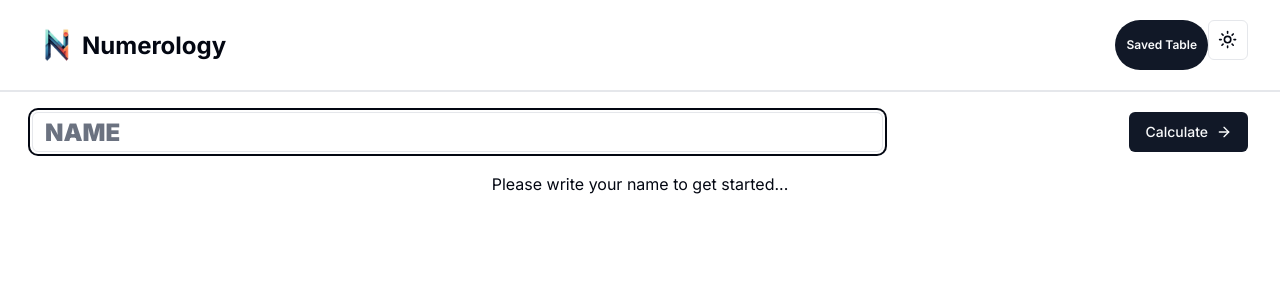
Repository: RaghunadhSahitDruvam/mynumerology
Page: /
An editor plug-in stored every save of this project. The page is shown before and after the next save, followed by the edit.
The browser window is 1280 px wide. The pictures show the whole page.
The project was rebuilt for these pictures with package versions that can differ from the ones it lists, and the page was loaded fresh each time. The framework's server and built-in components were replaced by stand-ins that run in the browser. Also part of the build but not shown: next.config.js, components/ui/alert-dialog.tsx.

Above is the page before, as saved 2023-12-21 08:02:26.

### app/layout.tsx
import type { Metadata } from "next";
import { Inter } from "next/font/google";
import "./globals.css";
import { ThemeProvider } from "@/components/theme-provider";

const inter = Inter({ subsets: ["latin"] });

export const metadata: Metadata = {
  title: "Numerology",
  description: "Officially designed by ⭐ Raghunadh ⭐",
};

export default function RootLayout({
  children,
}: {
  children: React.ReactNode;
}) {
  return (
    <html lang="en">
      <body className={inter.className}>
        {" "}
        <ThemeProvider
          attribute="class"
          defaultTheme="system"
          enableSystem
          disableTransitionOnChange
        >
          {children}
          {/* <Toaster /> */}
        </ThemeProvider>
      </body>
    </html>
  );
}

### app/page.tsx
// @ts-nocheck
"use client";
import React, { useEffect, useRef, useState } from "react";
import { Input } from "@/components/ui/input";
import { ToastContainer, toast } from "react-toastify";
import "react-toastify/dist/ReactToastify.css";

import { Button } from "@/components/ui/button";
import { ArrowRight } from "lucide-react";
import axios from "axios";
import Header from "@/components/header";
import { useRouter, useSearchParams } from "next/navigation";
import Link from "next/link";
import {
  AlertDialog,
  AlertDialogAction,
  AlertDialogCancel,
  AlertDialogContent,
  AlertDialogDescription,
  AlertDialogFooter,
  AlertDialogHeader,
  AlertDialogTitle,
  AlertDialogTrigger,
} from "@/components/ui/alert-dialog";

interface DataSource {
  name_g2_block?: string;
  name_g3_block?: string;
  g2tot?: number;
  g2vtot?: number;
  g2nettot?: number;
  g3tot?: number;
  g3vtot?: number;
  g3nettot?: number;
  tot_letters?: number;
}

const Page: React.FC = () => {
  let [textName, setTextName] = useState<string>("");
  const [dataSource, setDataSource] = useState<DataSource | null>(null);
  const [loading, setLoading] = useState<boolean>(false);
  const searchParams = useSearchParams();
  let search = searchParams.get("name");
  const router = useRouter();
  const saveHandler = async (dataSource: DataSource) => {
    setLoading(true);
    await axios
      .post("/api/save", {
        chaldean: dataSource.name_g2_block,
        pythogorous: dataSource.name_g3_block,
        tot_letters: dataSource.tot_letters,
        g2tot: dataSource.g2tot,
        g3tot: dataSource.g3tot,
        g2vtot: dataSource.g2vtot,
        g3vtot: dataSource.g3vtot,
        g2nettot: dataSource.g2nettot,
        g3nettot: dataSource.g3nettot,
      })
      .then((res) => {
        setLoading(false);
        toast.success("Name successfully added to Database ⭐!");
      })
      .catch((err) => toast.error(err));
  };

  useEffect(() => {
    // Set initial value only if it's different from the current state
    if (search !== null && search !== textName) {
      setTextName(search);
    }
  }, [search, textName]);

  const inputFocusRef = useRef(null);
  const buttonRef = useRef(null);
  useEffect(() => {
    inputFocusRef.current.focus();
    if (search !== null) {
      if (buttonRef.current) {
        buttonRef.current.click();
      }
    }
  }, []);
  const submitHandler = (e: React.FormEvent<HTMLFormElement>) => {
    e.preventDefault();
    axios
      .get(`https://phinzi.com/convert?name=${textName}`)
      .then((res) => setDataSource(res.data));
  };

  const updateURL = (newTextName: string) => {
    // Update the URL without a page reload
    router.push(
      `?name=${encodeURIComponent(
        newTextName
          .replaceAll(".", "")
          .replaceAll(",", "")
          .replaceAll("-", " ")
          .replaceAll(";", "")
          .replaceAll("(", "")
          .replaceAll(")", "")
          .replaceAll("  ", " ")
      )}`
    );
  };

  return loading ? (
    <div className="flex items-center justify-center h-screen bg-gray-100">
      <div className="animate-spin h-12 w-12 border-t-2 border-b-2 border-gray-900 rounded-full" />
    </div>
  ) : (
    <div className="">
      <Header />

      <div>
        <form
          className="container gap flex justify-between"
          onSubmit={(e) => submitHandler(e)}
        >
          <Input
            type="text"
            placeholder="Name"
            className="w-[70%]"
            value={textName}
            ref={inputFocusRef}
            onChange={(e) => {
              const newValue = e.target.value;
              setTextName(newValue);
              updateURL(newValue); // Update the URL when input changes
            }}
          />

          <Button type="submit" ref={buttonRef}>
            Calculate <ArrowRight className="ml-2 h-4 w-4" />
          </Button>
        </form>
      </div>
      {dataSource ? (
        <>
          <div className="container mt-[30px] flex items-start justify-start">
            <table
              border={2}
              className="border-4dark:border-white border-yellow-600"
            >
              <thead className="border-4 dark:border-white border-yellow-600 p-[20px]">
                <tr className="border-4 dark:border-white border-yellow-600">
                  <th className="border-4 dark:border-white border-yellow-600 bg-green-600 text-white  text-2xl font-[900]">
                    Grp.
                  </th>
                  <th className="border-4 dark:border-white border-yellow-600 bg-green-600 text-white  text-2xl font-[900]">
                    Name
                  </th>
                  <th className="border-4 dark:border-white border-yellow-600 bg-green-600 text-white  text-2xl font-[900]">
                    Total
                  </th>
                  <th className="border-4  dark:border-white border-yellow-600 bg-green-600 text-white  text-2xl font-[900]">
                    V
                  </th>
                  <th className="border-4px-[10px]  dark:border-white border-yellow-600 bg-green-600 text-white  text-2xl font-[900] text-2xl">
                    C
                  </th>
                </tr>
              </thead>
              <tbody className="border-4 dark:border-white border-yellow-600 text-[#960084] font-[900]">
                <tr className="border-4 dark:border-white border-yellow-600">
                  <td className="border-4 dark:border-white border-yellow-600 bg-green-600 text-white  text-2xl ">
                    C
                  </td>
                  <td className=" border-4 dark:border-white border-yellow-600 ">
                    <table
                      className=" table-padding text-2xl"
                      dangerouslySetInnerHTML={{
                        __html:
                          typeof dataSource !== "undefined" &&
                          dataSource?.name_g2_block,
                      }}
                    ></table>
                  </td>

                  <td className="border-4 dark:border-white border-yellow-600 text-2xl bg-green-600 text-white ">
                    {dataSource?.g2tot}
                  </td>
                  <td className="border-4 dark:border-white border-yellow-600 text-2xl bg-green-600 text-white ">
                    {" "}
                    {dataSource?.g2vtot}
                  </td>
                  <td className="border-4 dark:border-white border-yellow-600 text-2xl bg-green-600 text-white ">
                    {" "}
                    {dataSource?.g2nettot}
                  </td>
                </tr>
                <tr className="border-4 dark:border-white border-yellow-600">
                  <td className="border-4 dark:border-white border-yellow-600 bg-green-600 text-white  text-2xl ">
                    P
                  </td>
                  <td className=" border-4 dark:border-white border-yellow-600">
                    <table
                      className=" table-padding text-2xl"
                      dangerouslySetInnerHTML={{
                        __html:
                          typeof dataSource !== "undefined" &&
                          dataSource?.name_g3_block,
                      }}
                    ></table>
                  </td>

                  <td className="border-4 dark:border-white border-yellow-600 text-2xl bg-green-600 text-white ">
                    {dataSource?.g3tot}
                  </td>
                  <td className="border-4 dark:border-white border-yellow-600 text-2xl bg-green-600 text-white ">
                    {" "}
                    {dataSource?.g3vtot}
                  </td>
                  <td className="border-4 dark:border-white border-yellow-600 text-2xl bg-green-600 text-white ">
                    {" "}
                    {dataSource?.g3nettot}
                  </td>
                </tr>
              </tbody>
            </table>
          </div>
          <div className="container flex  items-start mt-[10px] justify-between">
            {" "}
            <span className="text-green-600  text-2xl font-[900]">
              Total Letters - {dataSource?.tot_letters}
            </span>
            <div className="">
              {/* <Button variant={"default"} className="mr-[10px]"> */}
              <AlertDialog>
                <AlertDialogTrigger>
                  <Button variant={"default"} className="mr-[10px]">
                    Save
                  </Button>
                </AlertDialogTrigger>
                <AlertDialogContent>
                  <AlertDialogHeader>
                    <AlertDialogTitle>
                      Are you absolutely sure?
                    </AlertDialogTitle>
                    <AlertDialogDescription>
                      Do you want to save this name -{" "}
                      <b>{textName.toUpperCase()}</b> ?
                    </AlertDialogDescription>
                  </AlertDialogHeader>
                  <AlertDialogFooter>
                    <AlertDialogCancel>Cancel</AlertDialogCancel>
                    <AlertDialogAction onClick={() => saveHandler(dataSource)}>
                      Continue
                    </AlertDialogAction>
                  </AlertDialogFooter>
                </AlertDialogContent>
              </AlertDialog>
              {/* </Button> */}
              <Link href={"/"}>
                <Button
                  variant={"destructive"}
                  onClick={() => {
                    setTextName(null);
                    setDataSource(null);
                  }}
                >
                  Cancel
                </Button>
              </Link>
            </div>
          </div>
        </>
      ) : (
        <>
          <div className="container flex justify-center align-middle">
            <h1>Please write your name to get started...</h1>
          </div>
        </>
      )}
      <ToastContainer
        position="top-right"
        autoClose={5000}
        hideProgressBar={false}
        newestOnTop={false}
        closeOnClick
        rtl={false}
        pauseOnFocusLoss
        draggable
        pauseOnHover
        theme="colored"
      />
    </div>
  );
};

export default Page;

### app/globals.css
@tailwind base;
@tailwind components;
@tailwind utilities;

@layer base {
  :root {
    --background: 0 0% 100%;
    --foreground: 224 71.4% 4.1%;

    --card: 0 0% 100%;
    --card-foreground: 224 71.4% 4.1%;

    --popover: 0 0% 100%;
    --popover-foreground: 224 71.4% 4.1%;

    --primary: 220.9 39.3% 11%;
    --primary-foreground: 210 20% 98%;

    --secondary: 220 14.3% 95.9%;
    --secondary-foreground: 220.9 39.3% 11%;

    --muted: 220 14.3% 95.9%;
    --muted-foreground: 220 8.9% 46.1%;

    --accent: 220 14.3% 95.9%;
    --accent-foreground: 220.9 39.3% 11%;

    --destructive: 0 84.2% 60.2%;
    --destructive-foreground: 210 20% 98%;

    --border: 220 13% 91%;
    --input: 220 13% 91%;
    --ring: 224 71.4% 4.1%;

    --radius: 0.5rem;
  }

  .dark {
    --background: 224 71.4% 4.1%;
    --foreground: 210 20% 98%;

    --card: 224 71.4% 4.1%;
    --card-foreground: 210 20% 98%;

    --popover: 224 71.4% 4.1%;
    --popover-foreground: 210 20% 98%;

    --primary: 210 20% 98%;
    --primary-foreground: 220.9 39.3% 11%;

    --secondary: 215 27.9% 16.9%;
    --secondary-foreground: 210 20% 98%;

    --muted: 215 27.9% 16.9%;
    --muted-foreground: 217.9 10.6% 64.9%;

    --accent: 215 27.9% 16.9%;
    --accent-foreground: 210 20% 98%;

    --destructive: 0 62.8% 30.6%;
    --destructive-foreground: 210 20% 98%;

    --border: 215 27.9% 16.9%;
    --input: 215 27.9% 16.9%;
    --ring: 216 12.2% 83.9%;
  }
}

@layer base {
  * {
    @apply border-border;
  }
  body {
    @apply bg-background text-foreground;
  }
  .container {
    @apply mx-[50px];
  }
  .mainHeading {
    @apply text-2xl font-bold;
  }
  .gap {
    @apply my-[20px];
  }
  .table-padding tbody > tr > td {
    @apply px-[15px];
  }
}

### components/ui/input.tsx
import * as React from "react";

import { cn } from "@/lib/utils";

export interface InputProps
  extends React.InputHTMLAttributes<HTMLInputElement> {}

const Input = React.forwardRef<HTMLInputElement, InputProps>(
  ({ className, type, ...props }, ref) => {
    return (
      <input
        type={type}
        className={cn(
          "flex h-10 w-full rounded-md border border-pink-600 border-input uppercase text-2xl bg-background text-blue-600 font-[1000] px-3 py-2  ring-offset-background file:border-0 file:bg-transparent file:text-sm file:font-medium placeholder:text-muted-foreground focus-visible:outline-none focus-visible:ring-2 focus-visible:ring-ring focus-visible:ring-offset-2 foc disabled:cursor-not-allowed disabled:opacity-50",
          className
        )}
        ref={ref}
        {...props}
      />
    );
  }
);
Input.displayName = "Input";

export { Input };

### components/ui/button.tsx
import * as React from "react"
import { Slot } from "@radix-ui/react-slot"
import { cva, type VariantProps } from "class-variance-authority"

import { cn } from "@/lib/utils"

const buttonVariants = cva(
  "inline-flex items-center justify-center rounded-md text-sm font-medium ring-offset-background transition-colors focus-visible:outline-none focus-visible:ring-2 focus-visible:ring-ring focus-visible:ring-offset-2 disabled:pointer-events-none disabled:opacity-50",
  {
    variants: {
      variant: {
        default: "bg-primary text-primary-foreground hover:bg-primary/90",
        destructive:
          "bg-destructive text-destructive-foreground hover:bg-destructive/90",
        outline:
          "border border-input bg-background hover:bg-accent hover:text-accent-foreground",
        secondary:
          "bg-secondary text-secondary-foreground hover:bg-secondary/80",
        ghost: "hover:bg-accent hover:text-accent-foreground",
        link: "text-primary underline-offset-4 hover:underline",
      },
      size: {
        default: "h-10 px-4 py-2",
        sm: "h-9 rounded-md px-3",
        lg: "h-11 rounded-md px-8",
        icon: "h-10 w-10",
      },
    },
    defaultVariants: {
      variant: "default",
      size: "default",
    },
  }
)

export interface ButtonProps
  extends React.ButtonHTMLAttributes<HTMLButtonElement>,
    VariantProps<typeof buttonVariants> {
  asChild?: boolean
}

const Button = React.forwardRef<HTMLButtonElement, ButtonProps>(
  ({ className, variant, size, asChild = false, ...props }, ref) => {
    const Comp = asChild ? Slot : "button"
    return (
      <Comp
        className={cn(buttonVariants({ variant, size, className }))}
        ref={ref}
        {...props}
      />
    )
  }
)
Button.displayName = "Button"

export { Button, buttonVariants }

### components/header.tsx
import React from "react";
import { ModeToggle } from "./mode";
import Link from "next/link";
import Image from "next/image";
import { Badge } from "@/components/ui/badge";

const Header = () => {
  return (
    <div className={``}>
      <div className="flex my-[20px] mainHeading justify-between  container ">
        <Link href={"/"} className="flex align-middle text-center ">
          <Image src={"/images/logo.png"} alt="logo" height={50} width={50} />
          <span className="mt-[10px]">Numerology</span>
        </Link>
        <div className="flex">
          <Badge variant="default">Saved Table</Badge>

          <ModeToggle />
        </div>
      </div>
      <div className="border-b-2"></div>
    </div>
  );
};

export default Header;

### components/mode.tsx
"use client";

import * as React from "react";
import { Moon, Sun } from "lucide-react";
import { useTheme } from "next-themes";

import { Button } from "@/components/ui/button";
import {
  DropdownMenu,
  DropdownMenuContent,
  DropdownMenuItem,
  DropdownMenuTrigger,
} from "@/components/ui/dropdown-menu";

export function ModeToggle() {
  const { setTheme } = useTheme();

  return (
    <DropdownMenu>
      <DropdownMenuTrigger asChild>
        <Button variant="outline" size="icon">
          <Sun className="h-[1.2rem] w-[1.2rem] rotate-0 scale-100 transition-all dark:-rotate-90 dark:scale-0" />
          <Moon className="absolute h-[1.2rem] w-[1.2rem] rotate-90 scale-0 transition-all dark:rotate-0 dark:scale-100" />
          <span className="sr-only">Toggle theme</span>
        </Button>
      </DropdownMenuTrigger>
      <DropdownMenuContent align="end">
        <DropdownMenuItem onClick={() => setTheme("light")}>
          Light
        </DropdownMenuItem>
        <DropdownMenuItem onClick={() => setTheme("dark")}>
          Dark
        </DropdownMenuItem>
        <DropdownMenuItem onClick={() => setTheme("system")}>
          System
        </DropdownMenuItem>
      </DropdownMenuContent>
    </DropdownMenu>
  );
}

### components/ui/badge.tsx
import * as React from "react"
import { cva, type VariantProps } from "class-variance-authority"

import { cn } from "@/lib/utils"

const badgeVariants = cva(
  "inline-flex items-center rounded-full border px-2.5 py-0.5 text-xs font-semibold transition-colors focus:outline-none focus:ring-2 focus:ring-ring focus:ring-offset-2",
  {
    variants: {
      variant: {
        default:
          "border-transparent bg-primary text-primary-foreground hover:bg-primary/80",
        secondary:
          "border-transparent bg-secondary text-secondary-foreground hover:bg-secondary/80",
        destructive:
          "border-transparent bg-destructive text-destructive-foreground hover:bg-destructive/80",
        outline: "text-foreground",
      },
    },
    defaultVariants: {
      variant: "default",
    },
  }
)

export interface BadgeProps
  extends React.HTMLAttributes<HTMLDivElement>,
    VariantProps<typeof badgeVariants> {}

function Badge({ className, variant, ...props }: BadgeProps) {
  return (
    <div className={cn(badgeVariants({ variant }), className)} {...props} />
  )
}

export { Badge, badgeVariants }

### components/ui/dropdown-menu.tsx
import * as React from "react"
import * as DropdownMenuPrimitive from "@radix-ui/react-dropdown-menu"
import { Check, ChevronRight, Circle } from "lucide-react"

import { cn } from "@/lib/utils"

const DropdownMenu = DropdownMenuPrimitive.Root

const DropdownMenuTrigger = DropdownMenuPrimitive.Trigger

const DropdownMenuGroup = DropdownMenuPrimitive.Group

const DropdownMenuPortal = DropdownMenuPrimitive.Portal

const DropdownMenuSub = DropdownMenuPrimitive.Sub

const DropdownMenuRadioGroup = DropdownMenuPrimitive.RadioGroup

const DropdownMenuSubTrigger = React.forwardRef<
  React.ElementRef<typeof DropdownMenuPrimitive.SubTrigger>,
  React.ComponentPropsWithoutRef<typeof DropdownMenuPrimitive.SubTrigger> & {
    inset?: boolean
  }
>(({ className, inset, children, ...props }, ref) => (
  <DropdownMenuPrimitive.SubTrigger
    ref={ref}
    className={cn(
      "flex cursor-default select-none items-center rounded-sm px-2 py-1.5 text-sm outline-none focus:bg-accent data-[state=open]:bg-accent",
      inset && "pl-8",
      className
    )}
    {...props}
  >
    {children}
    <ChevronRight className="ml-auto h-4 w-4" />
  </DropdownMenuPrimitive.SubTrigger>
))
DropdownMenuSubTrigger.displayName =
  DropdownMenuPrimitive.SubTrigger.displayName

const DropdownMenuSubContent = React.forwardRef<
  React.ElementRef<typeof DropdownMenuPrimitive.SubContent>,
  React.ComponentPropsWithoutRef<typeof DropdownMenuPrimitive.SubContent>
>(({ className, ...props }, ref) => (
  <DropdownMenuPrimitive.SubContent
    ref={ref}
    className={cn(
      "z-50 min-w-[8rem] overflow-hidden rounded-md border bg-popover p-1 text-popover-foreground shadow-lg data-[state=open]:animate-in data-[state=closed]:animate-out data-[state=closed]:fade-out-0 data-[state=open]:fade-in-0 data-[state=closed]:zoom-out-95 data-[state=open]:zoom-in-95 data-[side=bottom]:slide-in-from-top-2 data-[side=left]:slide-in-from-right-2 data-[side=right]:slide-in-from-left-2 data-[side=top]:slide-in-from-bottom-2",
      className
    )}
    {...props}
  />
))
DropdownMenuSubContent.displayName =
  DropdownMenuPrimitive.SubContent.displayName

const DropdownMenuContent = React.forwardRef<
  React.ElementRef<typeof DropdownMenuPrimitive.Content>,
  React.ComponentPropsWithoutRef<typeof DropdownMenuPrimitive.Content>
>(({ className, sideOffset = 4, ...props }, ref) => (
  <DropdownMenuPrimitive.Portal>
    <DropdownMenuPrimitive.Content
      ref={ref}
      sideOffset={sideOffset}
      className={cn(
        "z-50 min-w-[8rem] overflow-hidden rounded-md border bg-popover p-1 text-popover-foreground shadow-md data-[state=open]:animate-in data-[state=closed]:animate-out data-[state=closed]:fade-out-0 data-[state=open]:fade-in-0 data-[state=closed]:zoom-out-95 data-[state=open]:zoom-in-95 data-[side=bottom]:slide-in-from-top-2 data-[side=left]:slide-in-from-right-2 data-[side=right]:slide-in-from-left-2 data-[side=top]:slide-in-from-bottom-2",
        className
      )}
      {...props}
    />
  </DropdownMenuPrimitive.Portal>
))
DropdownMenuContent.displayName = DropdownMenuPrimitive.Content.displayName

const DropdownMenuItem = React.forwardRef<
  React.ElementRef<typeof DropdownMenuPrimitive.Item>,
  React.ComponentPropsWithoutRef<typeof DropdownMenuPrimitive.Item> & {
    inset?: boolean
  }
>(({ className, inset, ...props }, ref) => (
  <DropdownMenuPrimitive.Item
    ref={ref}
    className={cn(
      "relative flex cursor-default select-none items-center rounded-sm px-2 py-1.5 text-sm outline-none transition-colors focus:bg-accent focus:text-accent-foreground data-[disabled]:pointer-events-none data-[disabled]:opacity-50",
      inset && "pl-8",
      className
    )}
    {...props}
  />
))
DropdownMenuItem.displayName = DropdownMenuPrimitive.Item.displayName

const DropdownMenuCheckboxItem = React.forwardRef<
  React.ElementRef<typeof DropdownMenuPrimitive.CheckboxItem>,
  React.ComponentPropsWithoutRef<typeof DropdownMenuPrimitive.CheckboxItem>
>(({ className, children, checked, ...props }, ref) => (
  <DropdownMenuPrimitive.CheckboxItem
    ref={ref}
    className={cn(
      "relative flex cursor-default select-none items-center rounded-sm py-1.5 pl-8 pr-2 text-sm outline-none transition-colors focus:bg-accent focus:text-accent-foreground data-[disabled]:pointer-events-none data-[disabled]:opacity-50",
      className
    )}
    checked={checked}
    {...props}
  >
    <span className="absolute left-2 flex h-3.5 w-3.5 items-center justify-center">
      <DropdownMenuPrimitive.ItemIndicator>
        <Check className="h-4 w-4" />
      </DropdownMenuPrimitive.ItemIndicator>
    </span>
    {children}
  </DropdownMenuPrimitive.CheckboxItem>
))
DropdownMenuCheckboxItem.displayName =
  DropdownMenuPrimitive.CheckboxItem.displayName

const DropdownMenuRadioItem = React.forwardRef<
  React.ElementRef<typeof DropdownMenuPrimitive.RadioItem>,
  React.ComponentPropsWithoutRef<typeof DropdownMenuPrimitive.RadioItem>
>(({ className, children, ...props }, ref) => (
  <DropdownMenuPrimitive.RadioItem
    ref={ref}
    className={cn(
      "relative flex cursor-default select-none items-center rounded-sm py-1.5 pl-8 pr-2 text-sm outline-none transition-colors focus:bg-accent focus:text-accent-foreground data-[disabled]:pointer-events-none data-[disabled]:opacity-50",
      className
    )}
    {...props}
  >
    <span className="absolute left-2 flex h-3.5 w-3.5 items-center justify-center">
      <DropdownMenuPrimitive.ItemIndicator>
        <Circle className="h-2 w-2 fill-current" />
      </DropdownMenuPrimitive.ItemIndicator>
    </span>
    {children}
  </DropdownMenuPrimitive.RadioItem>
))
DropdownMenuRadioItem.displayName = DropdownMenuPrimitive.RadioItem.displayName

const DropdownMenuLabel = React.forwardRef<
  React.ElementRef<typeof DropdownMenuPrimitive.Label>,
  React.ComponentPropsWithoutRef<typeof DropdownMenuPrimitive.Label> & {
    inset?: boolean
  }
>(({ className, inset, ...props }, ref) => (
  <DropdownMenuPrimitive.Label
    ref={ref}
    className={cn(
      "px-2 py-1.5 text-sm font-semibold",
      inset && "pl-8",
      className
    )}
    {...props}
  />
))
DropdownMenuLabel.displayName = DropdownMenuPrimitive.Label.displayName

const DropdownMenuSeparator = React.forwardRef<
  React.ElementRef<typeof DropdownMenuPrimitive.Separator>,
  React.ComponentPropsWithoutRef<typeof DropdownMenuPrimitive.Separator>
>(({ className, ...props }, ref) => (
  <DropdownMenuPrimitive.Separator
    ref={ref}
    className={cn("-mx-1 my-1 h-px bg-muted", className)}
    {...props}
  />
))
DropdownMenuSeparator.displayName = DropdownMenuPrimitive.Separator.displayName

const DropdownMenuShortcut = ({
  className,
  ...props
}: React.HTMLAttributes<HTMLSpanElement>) => {
  return (
    <span
      className={cn("ml-auto text-xs tracking-widest opacity-60", className)}
      {...props}
    />
  )
}
DropdownMenuShortcut.displayName = "DropdownMenuShortcut"

export {
  DropdownMenu,
  DropdownMenuTrigger,
  DropdownMenuContent,
  DropdownMenuItem,
  DropdownMenuCheckboxItem,
  DropdownMenuRadioItem,
  DropdownMenuLabel,
  DropdownMenuSeparator,
  DropdownMenuShortcut,
  DropdownMenuGroup,
  DropdownMenuPortal,
  DropdownMenuSub,
  DropdownMenuSubContent,
  DropdownMenuSubTrigger,
  DropdownMenuRadioGroup,
}

Loaded but not shown: components/theme-provider.tsx (common file); lib/utils.ts (common file); tailwind.config.js (common file)

After the next save:
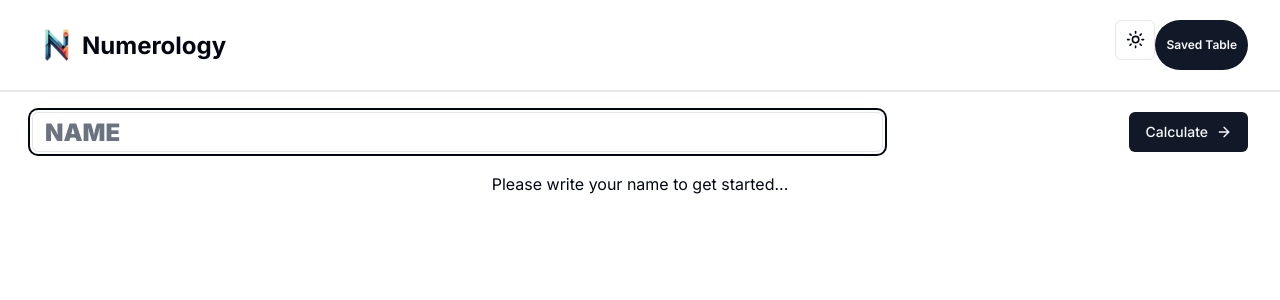
Saved 7 s later.
--- a/components/header.tsx
+++ b/components/header.tsx
@@ -13,9 +13,8 @@ const Header = () => {
           <span className="mt-[10px]">Numerology</span>
         </Link>
         <div className="flex">
+          <ModeToggle />
           <Badge variant="default">Saved Table</Badge>
-
-          <ModeToggle />
         </div>
       </div>
       <div className="border-b-2"></div>
